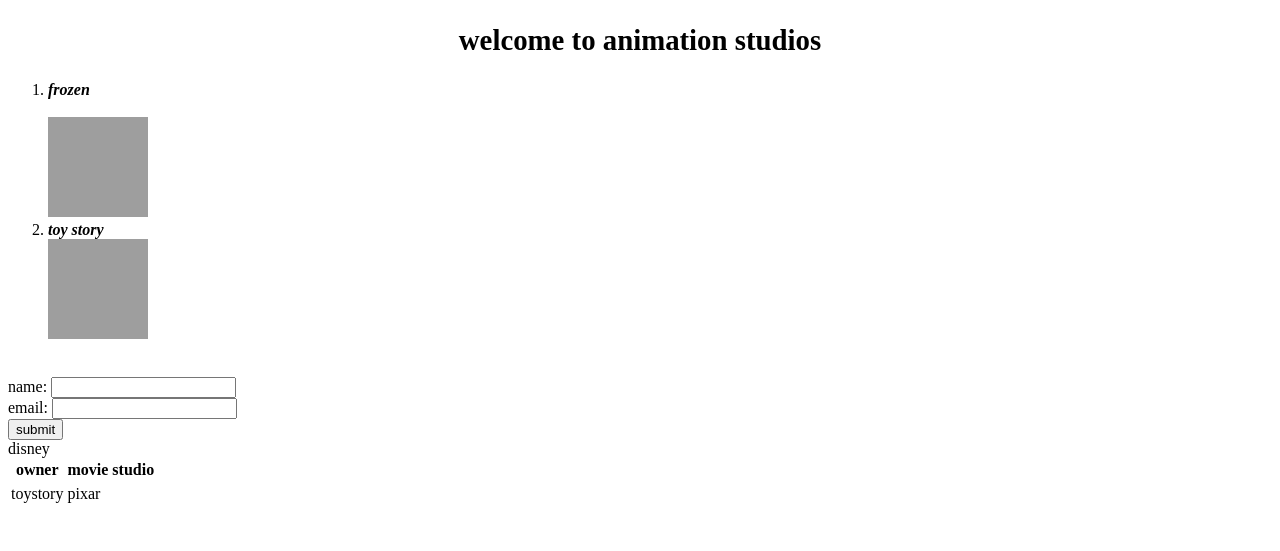
Repository: Rock-ass/New-folder--2-
Page: index.html
These files come from the project's save history. The page is drawn as it stood at one moment and after a run of saves; the edit follows.
The browser window is 1280 px wide. The pictures show the whole page.
Pictures or frames that could not be fetched are drawn as grey boxes.

Above is the page before, as saved 2021-12-24 21:41:42.

### index.html
<!DOCTYPE html>
<html lang="en">
    <html>
<head>
<meta charset="UTF-8">
<meta name="viewport" content="width=device-width, initial-scale=1.0">
<meta name= disney content="disney fan club">
<title> disney</title>
</head>
<body>
   <main>
   <section>
<big><h1 style="text-align: center;">welcome to animation studios</h1></big>

<ol>
<li>
   <strong><i>frozen</i></strong>

</li>
<br>
<img id:"img1"  src ="https://i.pinimg.com/originals/57/70/b2/5770b24cdb30423f5d6070719b9b01fb.jpg"  width="100" height="100" alt="frozen">
<style>
    img1{



    }

</style>
<br>

<li>
    <strong> <i>toy story</i> </strong>
    <br>
    <img id:"img2"  src ="https://m.media-amazon.com/images/M/MV5BMTgxOTY4Mjc0MF5BMl5BanBnXkFtZTcwNTA4MDQyMw@@._V1_FMjpg_UX1000_.jpg"  width="100" height="100" alt="frozen">
    <style>
        img2{



        }

    </style>
</li>
<br>






</ol>
<form action="results.html" method="get">
    <div>
        <label for="name">
            name:
<input type="name" id="name" required >
</label>
</div>
<div>
    <label for="email">email:
<input type="email" id="email" required >
<div>
<input type="submit" value="submit" required>
</div>
</label>
</div>

</form>

   </section>
<table>
<tr>
    <th>owner</th>
<th>
    movie
</th>
<th>
   studio
</th>

<tr aria-colspan="2">
    disney
</tr>
</tr>
<tr>
<td>toystory</td>
<td>pixar</td>






</tr>








</table>







   </main>






</body>





















    </html>

After the next 5 saves:
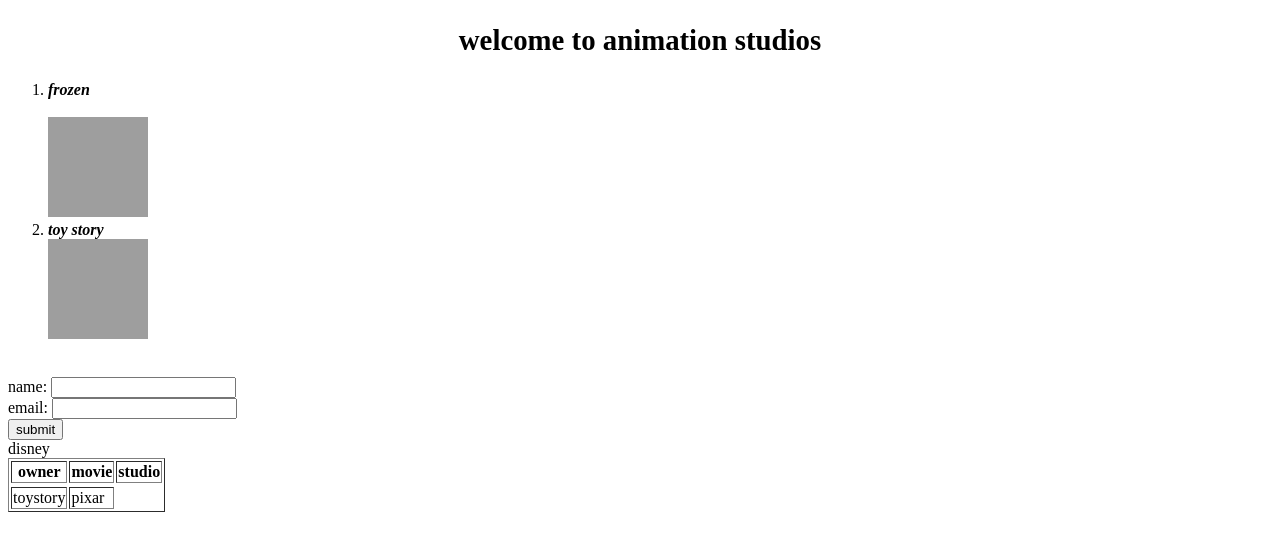
The 5 saves are shown as one change because they came seconds apart.
The last was saved 21 s later.
--- a/index.html
+++ b/index.html
@@ -69,7 +69,7 @@
 </form>
 
    </section>
-<table>
+<table cellpadding=1 border=1 >
 <tr>
     <th>owner</th>
 <th>
